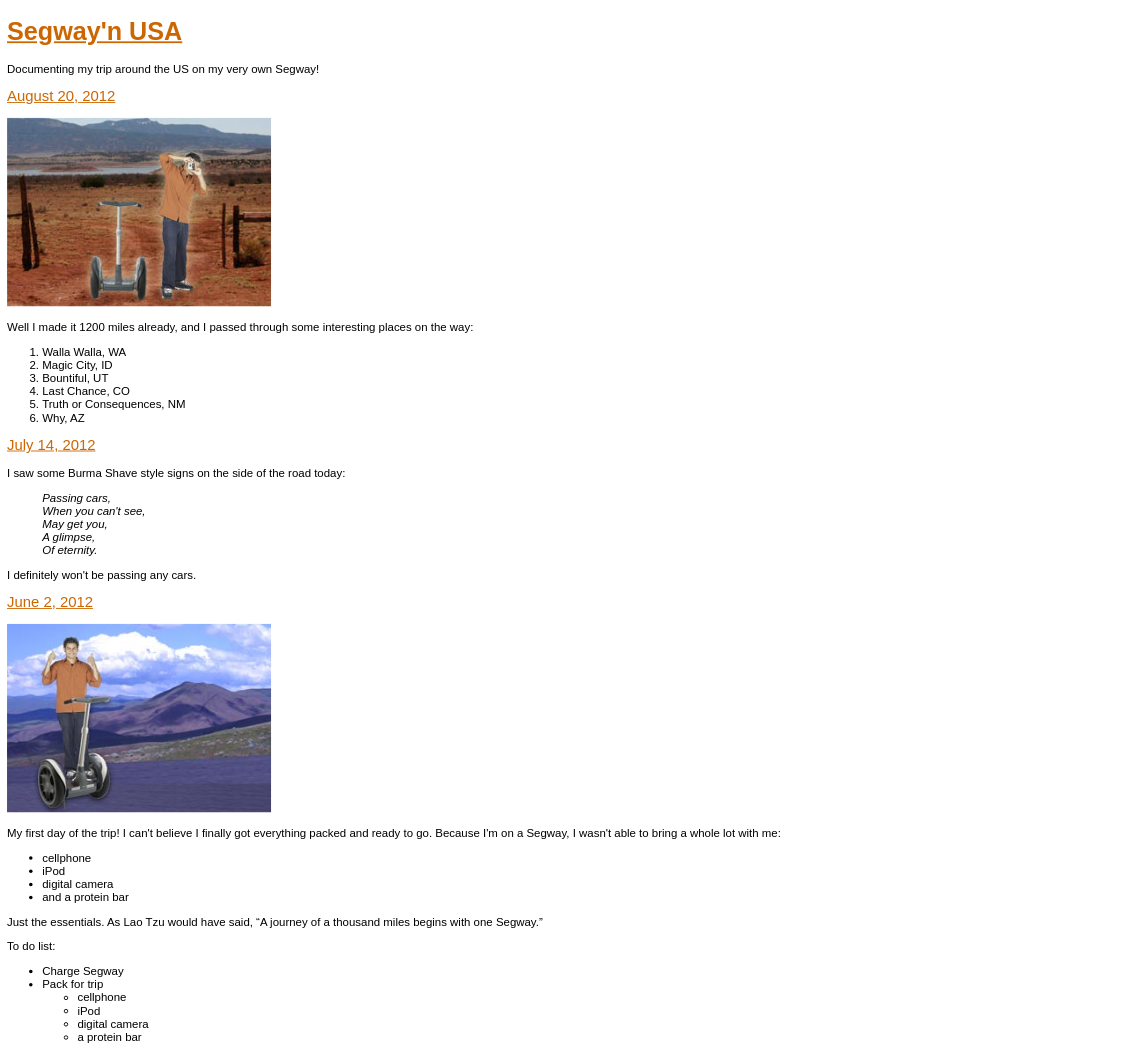
Repository: Dearning/head-first-html-css
Page: chapter8/journal/journal.html
The author's editor kept a copy of each file at every save. The page is drawn from the files as they stood at one save, then again after the next save.
The browser window is 1280 px wide. The pictures show the whole page, at 88% of full size.
Some web fonts or font styles are not loaded; a fallback is used.

Above is the page before, as saved 2021-09-21 00:25:03.

### chapter8/journal/journal.html
<!DOCTYPE html>
<html>
  <head>
    <meta charset="utf-8">
    <title>My Trip Around the USA on a Segway</title>
    <link type="text/css" rel="stylesheet" href="myJournal.css">
  </head>
  <body>

    <h1>Segway'n USA</h1>
    <p>
      Documenting my trip around the US on my very own Segway!
    </p>

    <h2>August 20, 2012</h2>
    <p><img src="images/segway2.jpg" alt="Me any my Segway in New Mexico"></p>
    <p>
      Well I made it 1200 miles already, and I passed
      through some interesting places on the way:
    </p>

    <ol>
      <li>Walla Walla, WA</li>
      <li>Magic City, ID</li>
      <li>Bountiful, UT</li>
      <li>Last Chance, CO</li>
      <li>Truth or Consequences, NM</li>
      <li>Why, AZ</li>
    </ol>

    <h2>July 14, 2012</h2>
    <p>
      I saw some Burma Shave style signs on the side of the
      road today:
    </p>
    <blockquote>
      <p>
      Passing cars, <br>
      When you can't see, <br>
      May get you, <br>
      A glimpse, <br>
      Of eternity. <br>
      </p>
    </blockquote>
    <p>
      I definitely won't be passing any cars.
    </p>

    <h2>June 2, 2012</h2>
    <p><img src="images/segway1.jpg" alt="The first day of the trip"></p>
    <p>
      My first day of the trip!  I can't believe I finally got
      everything packed and ready to go.  Because I'm on a Segway,
      I wasn't able to bring a whole lot with me:
    </p>
    <ul>
      <li>cellphone</li>
      <li>iPod</li>
      <li>digital camera</li>
      <li>and a protein bar</li>
    </ul>
    <p>
       Just the essentials.  As
      Lao Tzu would have said, <q>A journey of a
      thousand miles begins with one Segway.</q>
    </p>
	<p>
	  To do list:
	</p>
	<ul>
	  <li>Charge Segway</li>
	  <li>Pack for trip
		<ul>
		<li>cellphone</li>
		<li>iPod</li>
		<li>digital camera</li>
		<li>a protein bar</li>
		</ul>
	  </li>
	</ul>
  </body>
</html>

### chapter8/journal/myJournal.css
@font-face {
    font-family: "Emblema One";
    src: url("http://wickedlysmart.com/hfhtmlcss/chapter8/journal/EmblemaOne-Regular.woff"),
         url("http://wickedlysmart.com/hfhtmlcss/chapter8/journal/EmblemaOne-Regular.ttf");
}
body{
    font-family: "Emblema One", sans-serif;
    font-size: small;
    border-color: #cc6600;
    /* border-color: #c60; */
    /* border-color: rgb(80%,20%,0%);     */
    /* border-color: rgb(204,102,0); */
    /* border-color: #111111;
    border-color: #222222;

    border-color: #333333;
    border-color: #444444;
    border-color: #555555;
    border-color: #666666;
    border-color: #777777;
    border-color: #888;
    border-color: #999;
    border-color: #aaa;
    border-color: #bbb; */


}
h1,h2{
    color: #cc6600;
    text-decoration: underline;
}
h1{
    font-family: "Emblema One", sans-serif;
    font-size: 220%;
    /* border-color: #b80000;
    border-color: #001700;
    border-color: #0000e0; */
}
h2{
    font-size: 130%;
    font-weight: normal;
}
blockquote{
    font-style: italic;
}

After the next save:
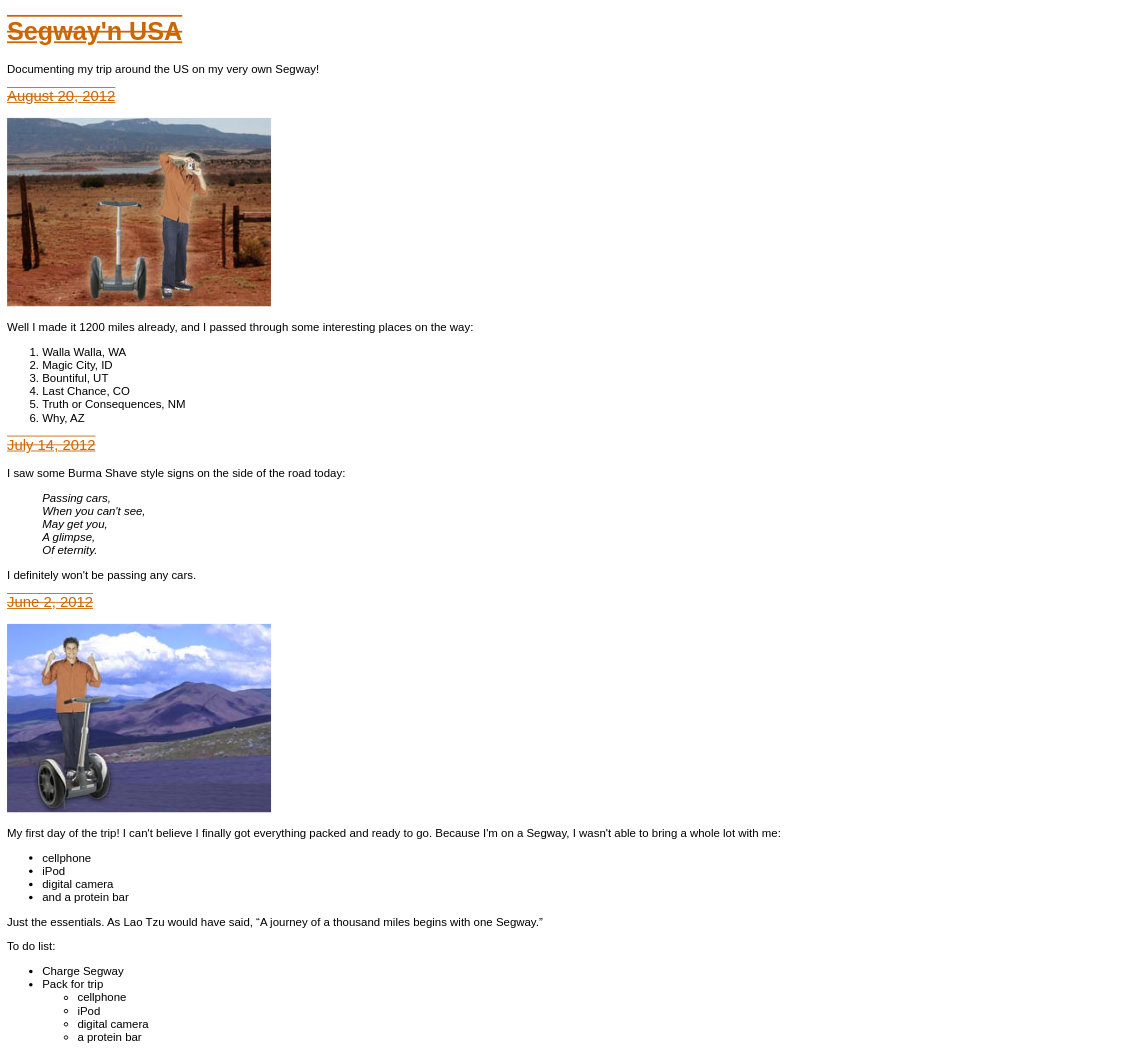
Saved 51 s later.
--- a/chapter8/journal/myJournal.css
+++ b/chapter8/journal/myJournal.css
@@ -27,7 +27,7 @@
 }
 h1,h2{
     color: #cc6600;
-    text-decoration: underline;
+    text-decoration: underline overline line-through;
 }
 h1{
     font-family: "Emblema One", sans-serif;
